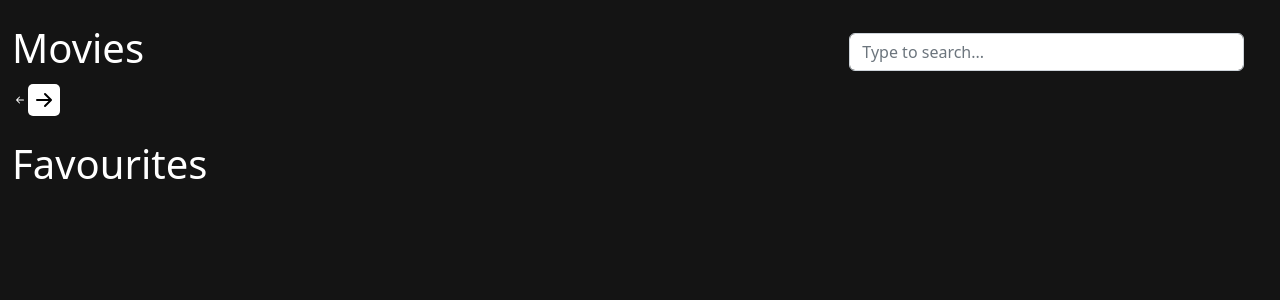
Repository: DeraBola/movie-app
Page: /
An editor plug-in stored every save of this project. The page is shown before and after the next save, followed by the edit.
The browser window is 1280 px wide. The pictures show the whole page.
The page's requests for data from a server got no answer. The project was rebuilt for these pictures with package versions that can differ from the ones it lists, and the page was loaded fresh each time. No one was signed in, and anything a server would have sent is missing. Also part of the build but not shown: src/components/AddFavourites.js, src/components/RemoveFavourites.js.

Above is the page before, as saved 2022-09-02 11:32:10.

After the next save:
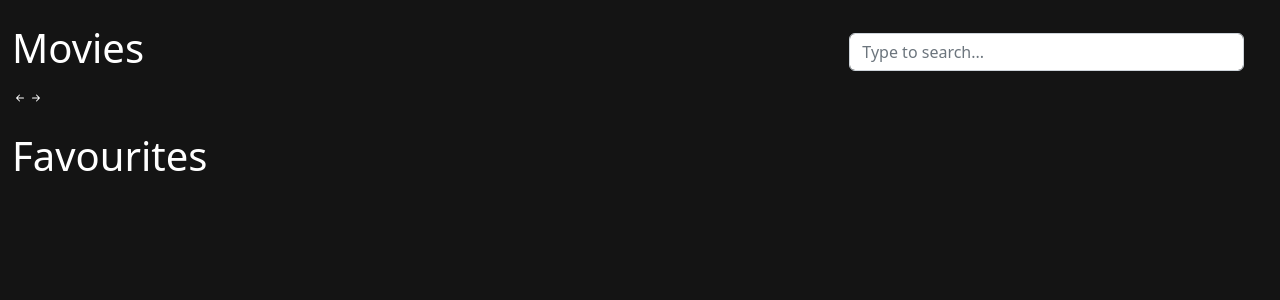
Saved 14 s later.
--- a/src/App.css
+++ b/src/App.css
@@ -84,7 +84,7 @@
      text-align: center;
  }
 
- .app__gallery-images_arrow {
+ .app__poster -images_arrow {
      width: 100%;
      display: flex;
      justify-content: space-between;
@@ -94,7 +94,7 @@
      position: absolute;
  }
 
- .gallery__arrow-icon {
+ .poster __arrow-icon {
      color: #000;
      font-size: 2rem;
      cursor: pointer;
